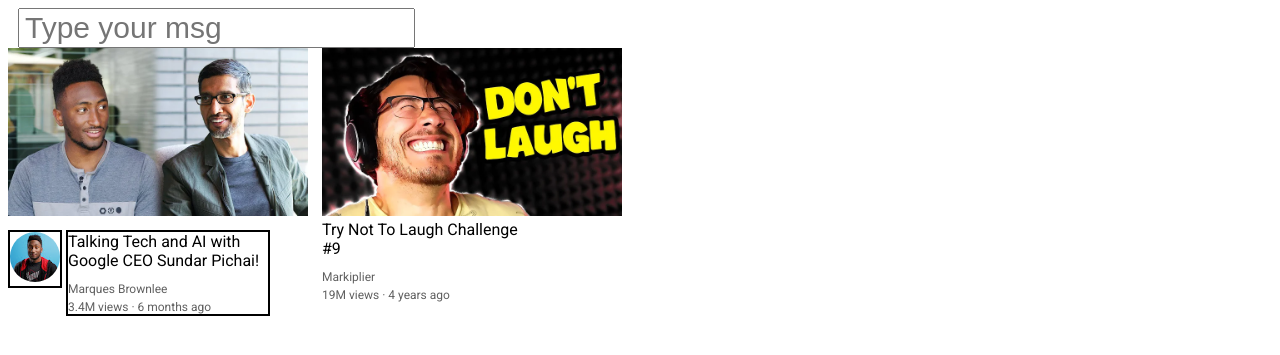
Repository: RagulRanjeeth/Frontend
Page: CloneYoutube/index.html
An editor plug-in stored every save of this project. The page is shown before and after the next save, followed by the edit.
The browser window is 1280 px wide. The pictures show the whole page.

Above is the page before, as saved 2026-01-23 15:17:03.

After the next save:
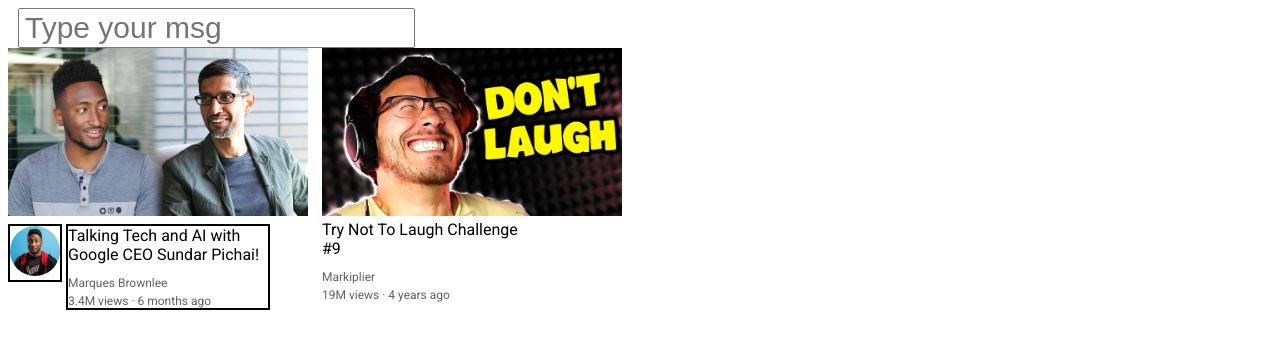
Saved 18 s later.
--- a/CloneYoutube/Styles.css
+++ b/CloneYoutube/Styles.css
@@ -69,5 +69,5 @@
  }
 
  .DescriptionContainer{
-    margin-top:10px;
+    margin-top:4px;
  }
